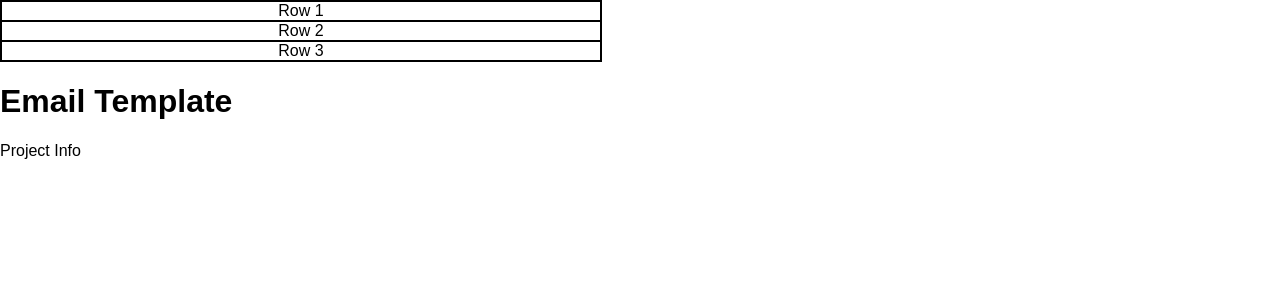
Repository: MikeeBuilds/email-template
Page: index.html
The author's editor kept a copy of each file at every save. The page is drawn from the files as they stood at one save, then again after a run of saves.
The browser window is 1280 px wide. The pictures show the whole page.

Above is the page before, as saved 2022-11-21 15:45:56.

After the next 3 saves:
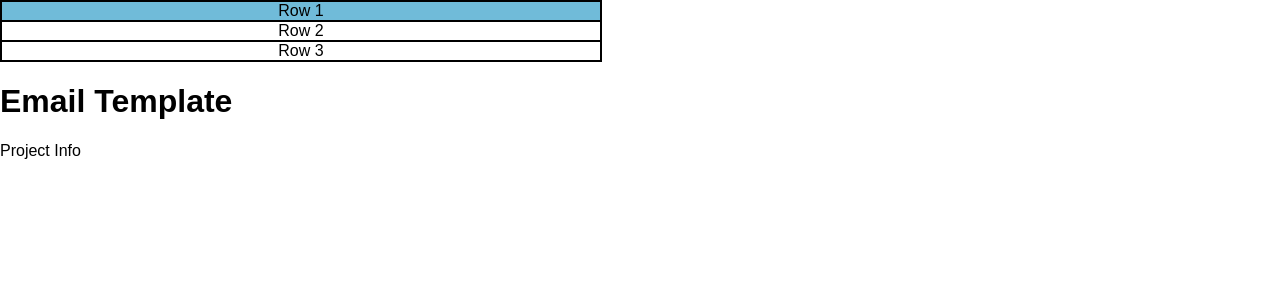
The 3 saves are shown as one change because they came seconds apart.
The last was saved 8 s later.
--- a/index.html
+++ b/index.html
@@ -28,7 +28,7 @@
     <table role="presentation" style="width: 602px; border-collapse: collapse; border: 1px solid #cccccc; border-spacing: 0; text-align: left;
     border-spacing: 0; background: #ffffff;">
         <tr>
-            <td align="center" style="padding: 0; background: ;">
+            <td align="center" style="padding: 0; background: #70bbd9;">
                 Row 1
             </td>
         </tr>
